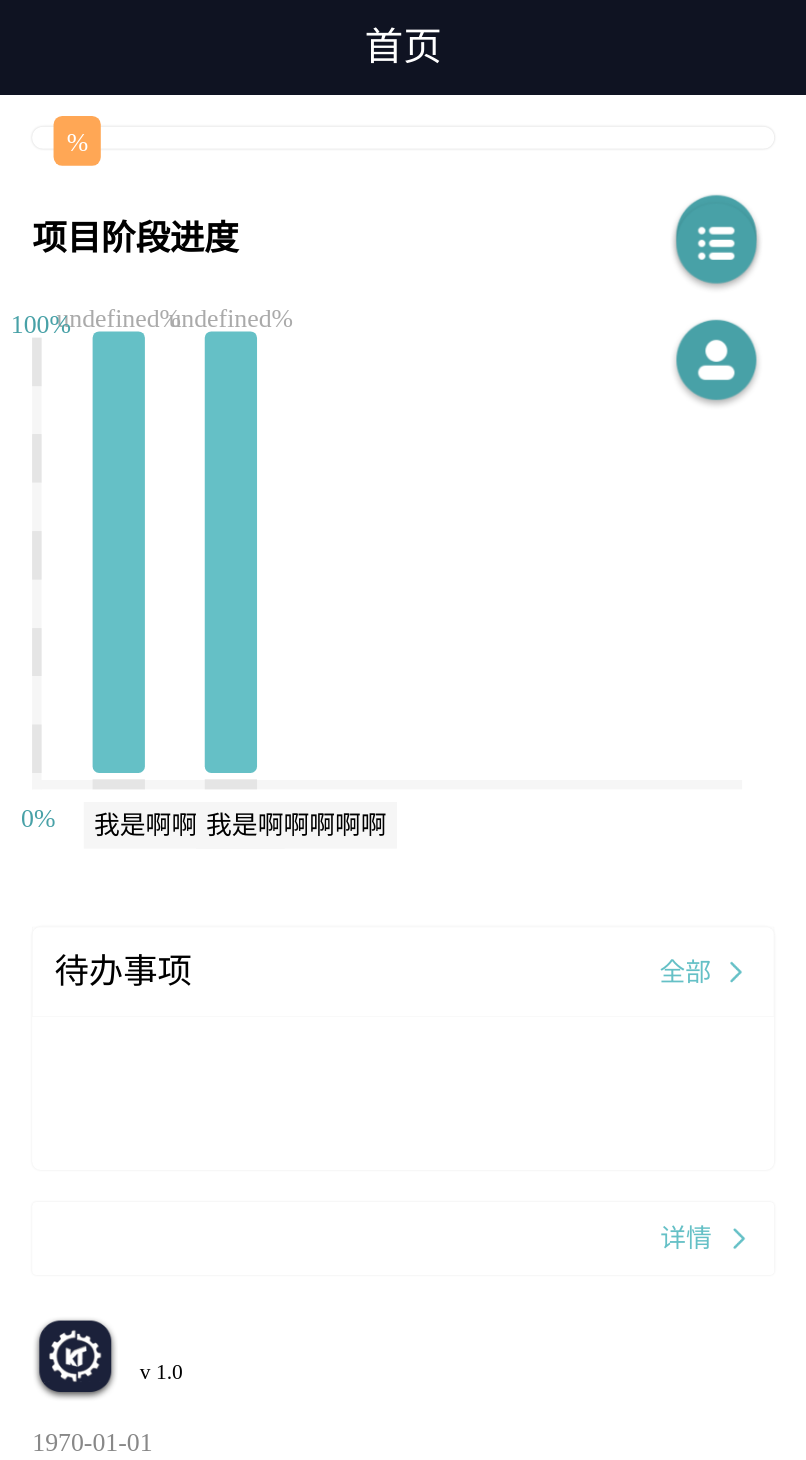
Repository: 421538074/idash.top
Page: index.html
These files come from the project's save history. The page is drawn as it stood at one moment and after the next save; the edit follows.
The browser window is 1280 px wide. The pictures show the whole page, at 63% of full size.
The page's requests for data from a server got no answer.

Above is the page before, as saved 2019-05-20 17:30:04.

After the next save:
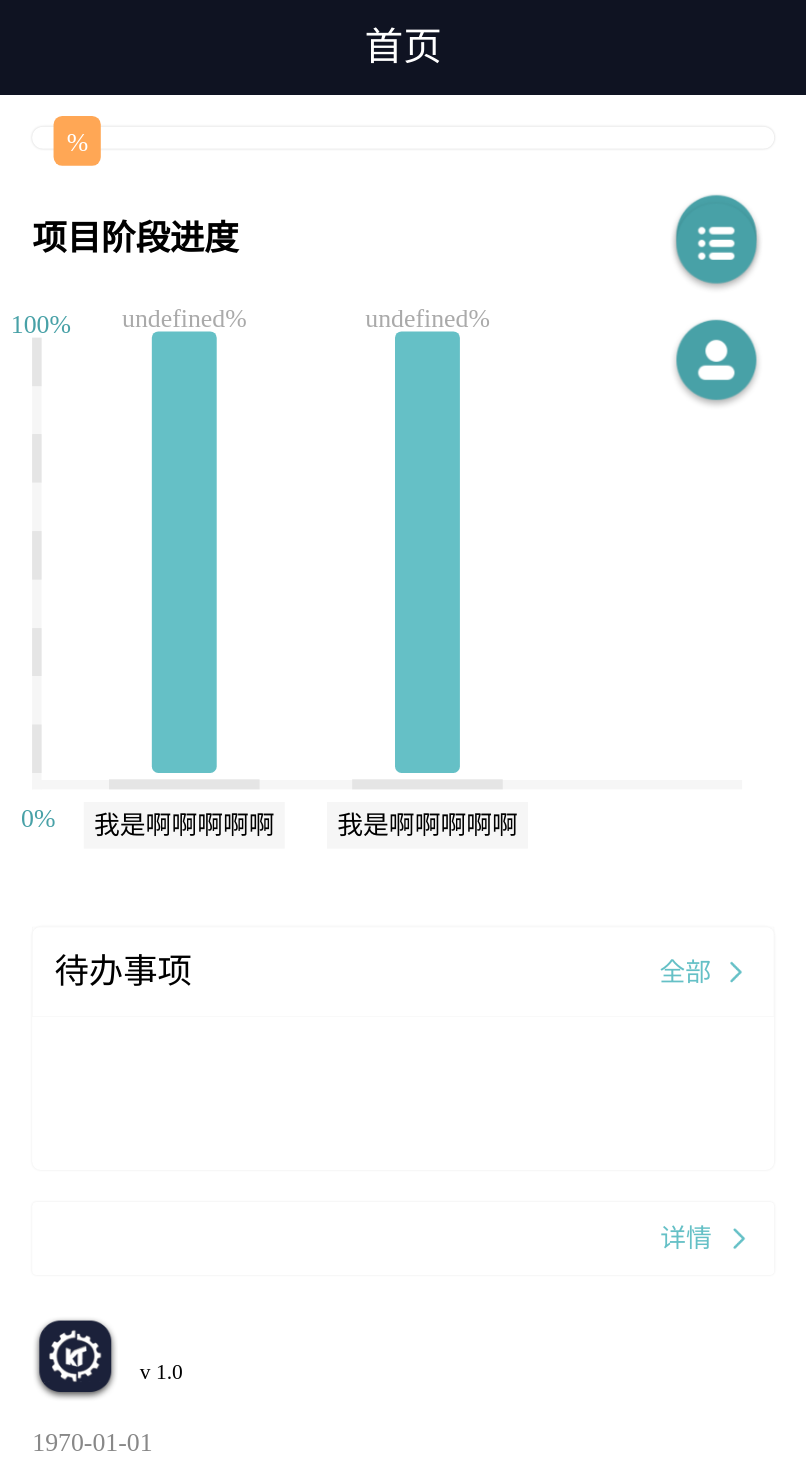
Saved 17 s later.
--- a/css/components.css
+++ b/css/components.css
@@ -206,7 +206,6 @@ span.cp-cylind-per-bottom {
 
 .cp-cylind-chart-item {
     display: inline-block;
-    width: 10%;
     margin-left: 6%;
     height: 100%;
     text-align: center;
